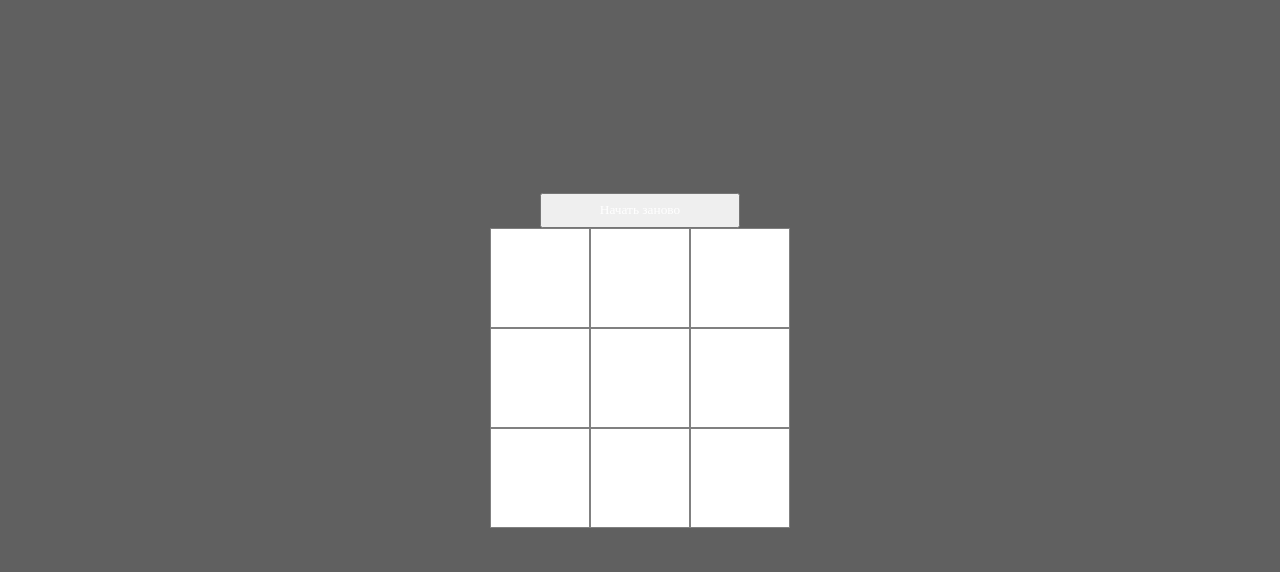
Repository: Minkeani/TIC-TAC_TOE
Page: /
The author's editor kept a copy of each file at every save. The page is drawn from the files as they stood at one save, then again after the next save.
The browser window is 1280 px wide. The pictures show the whole page.
Some web fonts or font styles are not loaded; a fallback is used. The project was rebuilt for these pictures with package versions that can differ from the ones it lists, and the page was loaded fresh each time.

Above is the page before, as saved 2022-05-22 16:30:27.

### public/index.html
<!DOCTYPE html>
<html lang="en">
  <head>
    <meta charset="utf-8" />
    <link rel="icon" href="%PUBLIC_URL%/favicon.ico" />
    <meta name="viewport" content="width=device-width, initial-scale=1" />
    <title>React App</title>
    <link rel="preconnect" href="https://fonts.googleapis.com">
<link rel="preconnect" href="https://fonts.gstatic.com" crossorigin>
<link href="https://fonts.googleapis.com/css2?family=Koulen&display=swap" rel="stylesheet">
  </head>
  <body>
    <div id="root"></div>
  </body>
</html>

### src/index.css
* {
  font-family: 'Koulen', cursive;
  margin: 0;
  padding: 0;
  box-sizing: border-box
}

### src/App.js
import './App.css';
import Game from './components/Game';

function App() {
  return (
    <div className="App">
     <Game/>
    </div>
  );
}

export default App;

### src/components/Game.jsx
import React, { useState } from 'react'
import './Game.css'
import { calWin } from '../helper'
import Board from './Board'

export default function Game() {

    const [board, setBoard] = useState(Array(9).fill(null))


    const [xIs, setXIs] = useState(true)

    const winner = calWin(board)

    const HandleClick = (index) => {
        const BoardCopy = [...board]

        if(winner || BoardCopy[index]) return

        BoardCopy[index] = xIs ? 'X' : 'O'

        setBoard(BoardCopy)
        setXIs(!xIs)
    }

    const startNewGame = () => {
        return (
            <button className='startNewGame'
            onClick={() => setBoard(Array(9).fill(null))}
            >
                Начать заново
            </button>
        )
    }

  return (
    <div className='wrapper'>
        {startNewGame()}
      <Board
      squares={board}
      click={HandleClick}
      />
    </div>
  )
}

### src/components/Game.css
.wrapper {
    min-height: 100vh;
    width: 100%;
    background: #606060;
    display: flex;
    align-items: center;
    justify-content: center;
    flex-direction: column
}

.startNewGame {
    width: 200px;
    height: 35px;
    margin-botton: 25px;
    cursor: pointer;
    color: white;
    outline: none;
}

### src/helper.js
export function calWin(sq) {
    const lin = [
        [0, 1, 3],
        [3, 4, 5],
        [6, 7, 8],
        [0, 3, 6],
        [1, 4, 7],
        [2, 5, 8],
        [0, 4, 8],
        [2, 4, 6],
    ]

    for(let i = 0; i < lin.length; i++) {
        const [a, b, c] = lin[i]
        if(sq[a] && sq[a] === sq[b] && sq[a] === sq[c]) {
            return sq[a]
        }
    }
    return null
}

### src/components/Board.jsx
import React from 'react'
import './Board.css'
import Square from './Square'

export default function Board({squares, click}) {


  return (
    <div className='board'>
      {
          squares.map((square, index) => (
              <Square
                key={index}
                value={square}
                onClick={() => click(index)}
              />
          ))
      }
    </div>
  )
}

### src/components/Board.css
.board {
    width: 300px;
    height: 300px;
    background-color: red;
    display: flex;
    flex-wrap: wrap
}

### src/components/Square.jsx
import React from 'react'
import './Square.css'

export default function Square(props) {
  return (
    <button className='square'
    onClick={props.onClick}
    >
      {props.value}
    </button>
  )
}

### src/components/Square.css
.square {
    width: 100px;
    height: 100px;
    background: white;
    border: 1px solid gray;
    cursor: pointer;
    outline: none;
    align-items: center;
    font-size: 25px;
    justify-content: center;
    display: flex
}

Loaded but not shown: src/index.js (common file); src/App.css (common file)

After the next save:
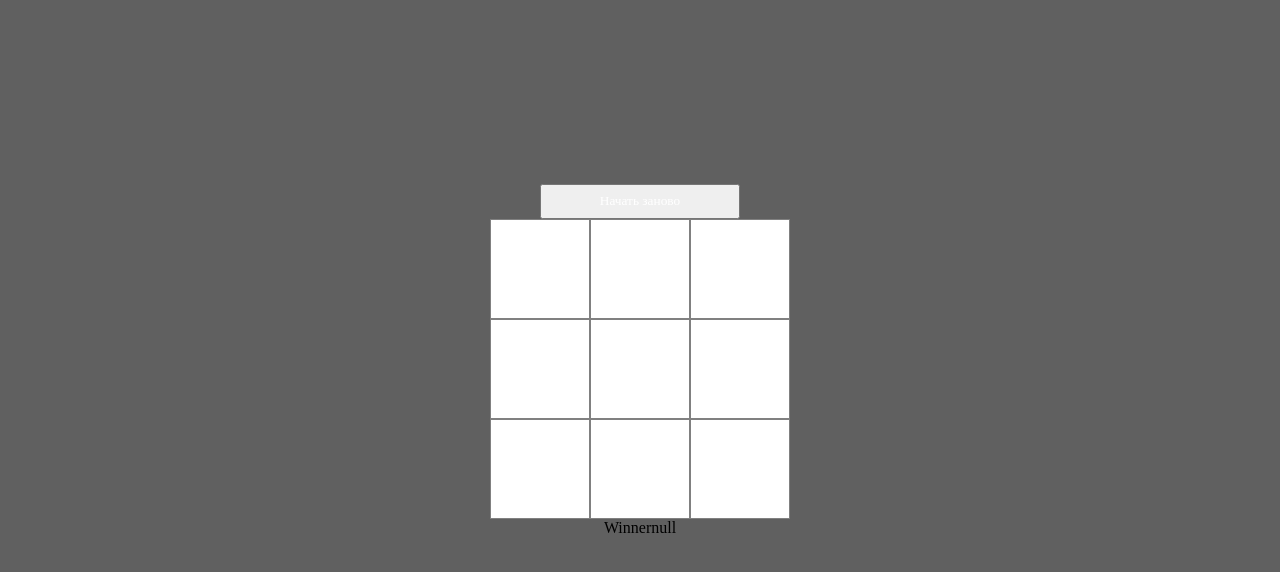
Saved 3 min 36 s later.
--- a/src/components/Game.jsx
+++ b/src/components/Game.jsx
@@ -2,6 +2,7 @@ import React, { useState } from 'react'
 import './Game.css'
 import { calWin } from '../helper'
 import Board from './Board'
+import { within } from '@testing-library/react'
 
 export default function Game() {
 
@@ -40,6 +41,7 @@ export default function Game() {
       squares={board}
       click={HandleClick}
       />
+      <p>{within ? 'Winner' + winner : 'move' + (xIs ? 'X' : 'O')}</p>
     </div>
   )
 }
